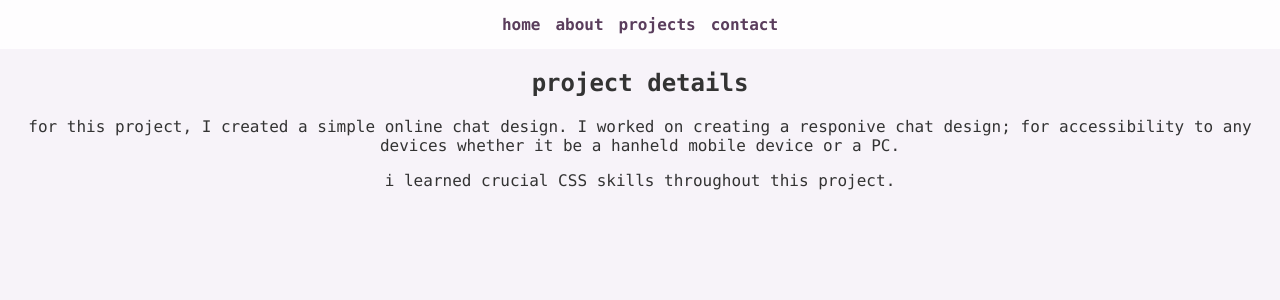
Repository: sarriah/sarriah
Page: pages/project1.html
The author's editor kept a copy of each file at every save. The page is drawn from the files as they stood at one save, then again after the next save.
The browser window is 1280 px wide. The pictures show the whole page.

Above is the page before, as saved 2026-05-15 19:44:33.

After the next save:
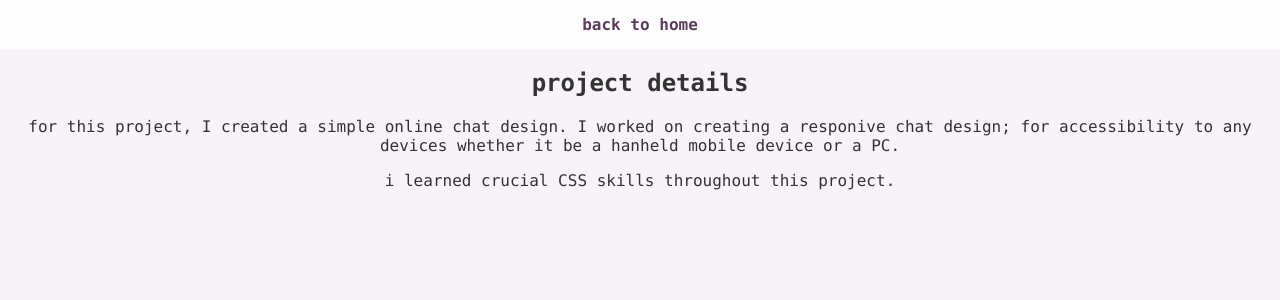
Saved 78 s later.
--- a/pages/project1.html
+++ b/pages/project1.html
@@ -51,10 +51,8 @@ nav {
 <body>
 
     <nav>
-        <a class="navBar" href="../homepage.html">home</a>
-        <a class="navBar" href="README.md">about</a>
-        <a class="navBar" href="README.md">projects</a>
-        <a class="navBar" href="README.md">contact</a>
+        <a class="navBar" href="../homepage.html">back to home</a>
+
     </nav>
 
     <H2>project details</H2>
